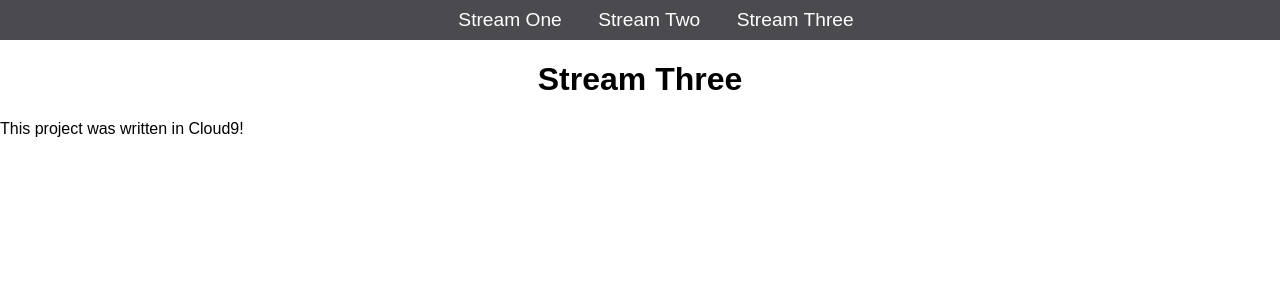
Repository: tracyjohnson213/my-first-website
Page: stream-three.html
The author's editor kept a record of every edit. The page is drawn from the files as they stood at one moment, then again after the next edit.
The browser window is 1280 px wide. The pictures show the whole page.

Above is the page before.

After the next edit:
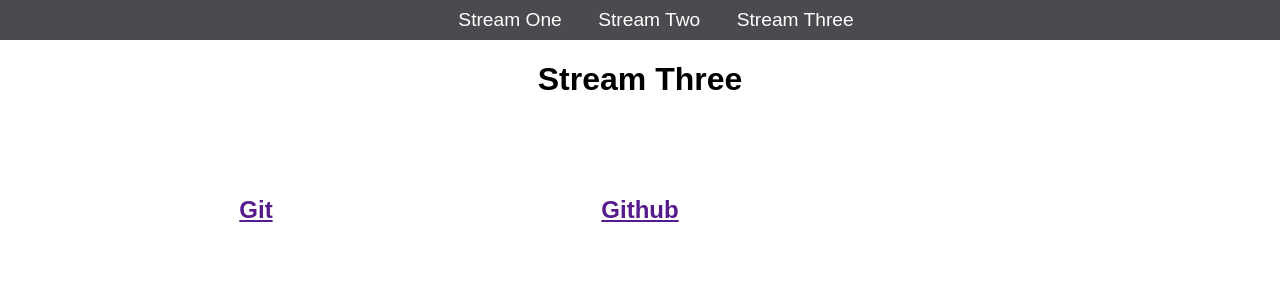
The edit:
--- a/stream-three.html
+++ b/stream-three.html
@@ -13,6 +13,41 @@
             </ul>
         </nav>
         <h1>Stream Three</h1>
-        <p>This project was written in Cloud9!</p>
+        <div class="card">
+            <a href="">
+                <img src=""></img>
+                <h2></h2>
+            </a>
+        </div>
+        <div class="card">
+            <a href="">
+                <img src=""></img>
+                <h2></h2>
+            </a>
+        </div>
+        <div class="card">
+            <a href="">
+                <img src=""></img>
+                <h2></h2>
+            </a>
+        </div>
+        <div class="card">
+            <a href="">
+                <img src=""></img>
+                <h2>Git</h2>
+            </a>
+        </div>
+        <div class="card">
+            <a href="">
+                <img src=""></img>
+                <h2>Github</h2>
+            </a>
+        </div>
+        <div class="card">
+            <a href="">
+                <img src=""></img>
+                <h2></h2>
+            </a>
+        </div>
     </body>
 </html>
